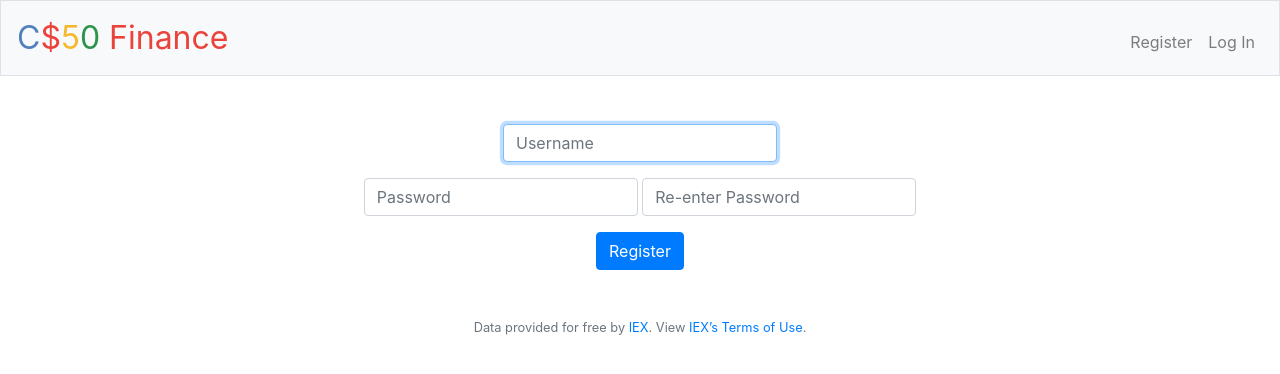
Repository: mskurnickcode/coupleDo
Page: finance/templates/register.html
The author's editor kept a record of every edit. The page is drawn from the files as they stood at one moment, then again after the next edit.
The browser window is 1280 px wide. The pictures show the whole page.
The template is drawn by Flask 3. The application's start-up code is not run. The template is opened directly, without the code that normally fills it, so the values that code supplies are empty.

Above is the page before.
Console error: TypeError: document.getElementByID is not a function

After the next edit:
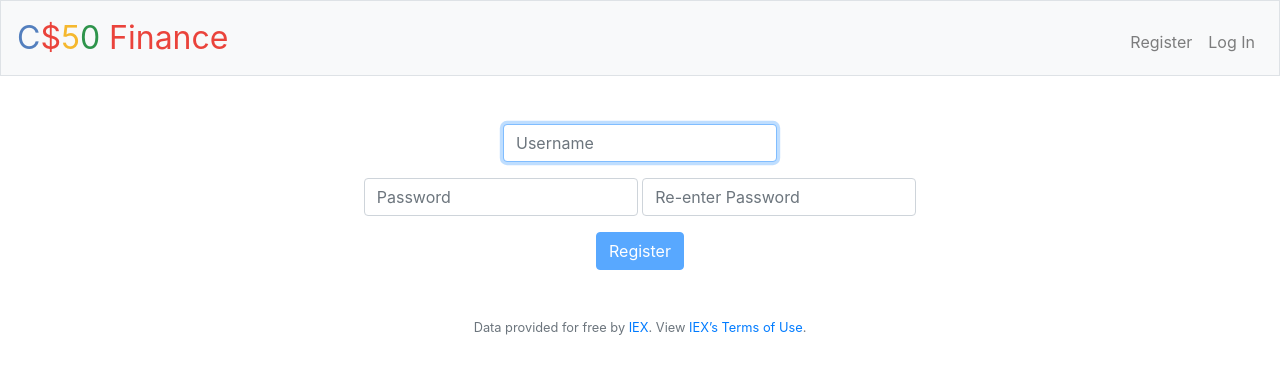
The edit:
--- a/ubuntu/finance/templates/register.html
+++ b/ubuntu/finance/templates/register.html
@@ -14,7 +14,7 @@
             <input class="form-control" id = "password1" name="login_password" placeholder="Password" type="password">
             <input class="form-control" id = "password2" name="password_check" placeholder="Re-enter Password" type="password">
         </div>
-        <button class="btn btn-primary" type="submit" id ="submit">Register</button>
+        <button class="btn btn-primary" type="submit" id ="submit" disabled="disabled">Register</button>
     </form>
 
 {% endblock %}

After the 4 edits that followed:
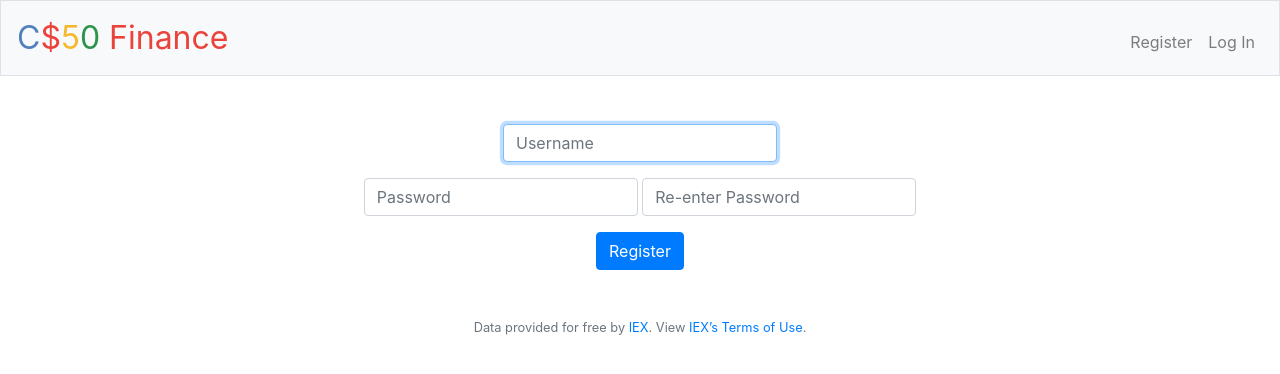
The 4 edits are shown as one change because 3 left the picture as it was.
The edit:
--- a/ubuntu/finance/templates/register.html
+++ b/ubuntu/finance/templates/register.html
@@ -5,16 +5,16 @@
 {% endblock %}
 
 {% block main %}
-<script src="static/css_image/register.js"></script>
     <form action="/register" method="post">
         <div class="form-group">
             <input autocomplete="off" autofocus class="form-control" name="login_username" placeholder="Username" type="text">
         </div>
         <div class="form-group">
             <input class="form-control" id = "password1" name="login_password" placeholder="Password" type="password">
-            <input class="form-control" id = "password2" name="password_check" placeholder="Re-enter Password" type="password">
+            <input class="form-control" id = "password2" name="password_check" placeholder="Re-enter Password" type="password" onkeyup="EnableDisable(this)">
         </div>
-        <button class="btn btn-primary" type="submit" id ="submit" disabled="disabled">Register</button>
+        <button class="btn btn-primary" type="submit" id ="submit">Register</button>
     </form>
 
+<script src="static/css_image/register.js"></script>
 {% endblock %}
